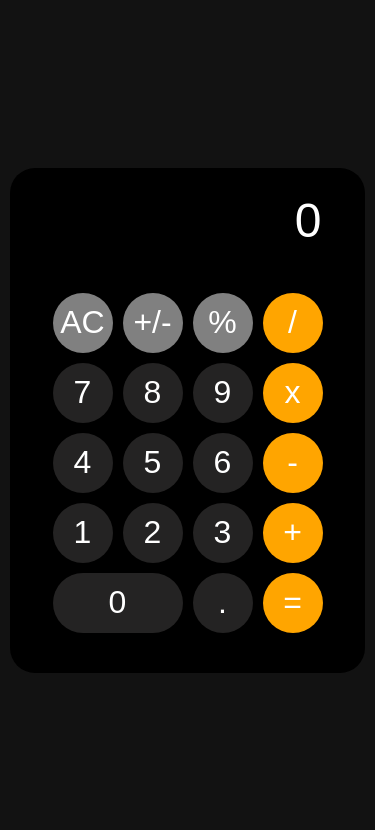
Repository: EguJaredoBoyd/IgHub
Page: mId-week-project/index.html
These files come from the project's save history. The page is drawn as it stood at one moment and after the next save; the edit follows.
The browser window is 375 px wide. The pictures show the whole page.

Above is the page before, as saved 2025-03-01 21:31:54.

### mId-week-project/index.html
<!DOCTYPE html>
<html lang="en">
<head>
    <meta charset="UTF-8">
    <meta name="viewport" content="width=device-width, initial-scale=1.0">
    <title>Document</title>
    <link rel="stylesheet" href="./styles.css">
    <script src="./script-two.js" defer></script>
</head>
<body>

    <div id="calculator" >
        <input id="display" readonly>
        <div id="keys">
            <button onclick="clearDisplay()"class="signs">AC</button>
            <button onclick="appendToDisplay('+/-')" class="signs">+/-</button>
            <button onclick="appendToDisplay('%')" class="signs">%</button>
            <button onclick="appendToDisplay('/')" class="operator-btn">/</button>
            <button onclick="appendToDisplay('7')">7</button>
            <button onclick="appendToDisplay('8')">8</button>
            <button onclick="appendToDisplay('9')">9</button>
            <button onclick="appendToDisplay('*')"class="operator-btn">x</button>
            <button onclick="appendToDisplay('4')">4</button>
            <button onclick="appendToDisplay('5')">5</button>
            <button onclick="appendToDisplay('6')">6</button>
            <button onclick="appendToDisplay('-')"class="operator-btn">-</button>
            <button onclick="appendToDisplay('1')">1</button>
            <button onclick="appendToDisplay('2')">2</button>
            <button onclick="appendToDisplay('3')">3</button>
            <button onclick="appendToDisplay('+')"class="operator-btn">+</button>
            <button onclick="appendToDisplay('0')" class="zero">0</button>
            <button onclick="appendToDisplay('.')">.</button>
            <button onclick="calculate()"class="operator-btn">=</button>
        </div>
    </div>

</body>
</html>

### mId-week-project/styles.css
/* Base styles for all screen sizes */
button {
    width: 100px;
    height: 100px;
    border: none;
    background-color: rgb(36, 35, 35);
    color: white;
    font-size: 3rem;
    font-weight: lighter;
    cursor: pointer;
    border-radius: 50%;
    /* Ensuring all buttons (except zero) stay circular */
}

#keys {
    display: grid;
    grid-template-columns: repeat(4, 1fr);
    gap: 20px;
    padding: 30px;
}

#keys button.zero {
    grid-column: 1 / span 2;
    width: 100%;
    border-radius: 50px;
}

#calculator {
    font-family: Verdana, Geneva, Tahoma, sans-serif;
    background-color: black;
    border-radius: 25px;
    max-width: 500px;
    width: 90%;
    padding: 20px;
    overflow: hidden;
    display: flex;
    flex-direction: column;
    align-items: center;
}

body {
    margin: 10px;
    display: flex;
    justify-content: center;
    align-items: center;
    height: 100vh;
    background-color: #121212;
    margin-top: 20px;
}

#display {
    width: 80%;
    padding: 30px;
    font-size: 5rem;
    text-align: right;
    border: none;
    background-color: black;
    color: white;
}

/* Button interaction styles */
button:hover {
    background-color: gray;
}

button:active {
    background-color: white;
}

/* Special button colors */
.operator-btn {
    background-color: orange;
}

.signs {
    background-color: gray;
}

/* Responsive Design: Scaling down properly for smaller screens */
@media (max-width: 768px) {
    button {
        width: 80px;
        height: 80px;
        font-size: 2.5rem;
    }

    #calculator {
        max-width: 400px;
        padding: 15px;
    }

    #display {
        font-size: 4rem;
        padding: 20px;
    }
}

@media (max-width: 480px) {
    button {
        width: 60px;
        height: 60px;
        font-size: 2rem;
    }

    #keys {
        gap: 10px;
    }

    #display {
        font-size: 3rem;
        padding: 15px;
    }

    #calculator {
        width: 95%;
        padding: 10px;
    }
}

### mId-week-project/script-two.js
let display = document.getElementById("display");
let currentInput = "";
let operator = "";
let firstOperand = null;

function appendToDisplay(value) {
    if (value === "+/-") {
        currentInput = currentInput ? String(-parseFloat(currentInput)) : "";
    } else if (value === "%") {
        currentInput = currentInput ? String(parseFloat(currentInput) / 100) : "";
    } else if (["+", "-", "*", "/"].includes(value)) {
        if (firstOperand === null) {
            firstOperand = parseFloat(currentInput);
            operator = value;
            currentInput = "";
        } else if (currentInput !== "") {
            calculate();
            operator = value;
        }
    } else {
        currentInput += value;
    }
    updateDisplay();
}

function updateDisplay() {
    display.value = currentInput || firstOperand || "0";
}

function clearDisplay() {
    currentInput = "";
    operator = "";
    firstOperand = null;
    updateDisplay();
}

function calculate() {
    if (firstOperand !== null && operator && currentInput !== "") {
        let secondOperand = parseFloat(currentInput);
        switch (operator) {
            case "+":
                firstOperand += secondOperand;
                break;
            case "-":
                firstOperand -= secondOperand;
                break;
            case "*":
                firstOperand *= secondOperand;
                break;
            case "/":
                firstOperand = secondOperand !== 0 ? firstOperand / secondOperand : "Error";
                break;
        }
        currentInput = "";
        operator = "";
        updateDisplay();
    }
}

// Initialize display
updateDisplay();

After the next save:
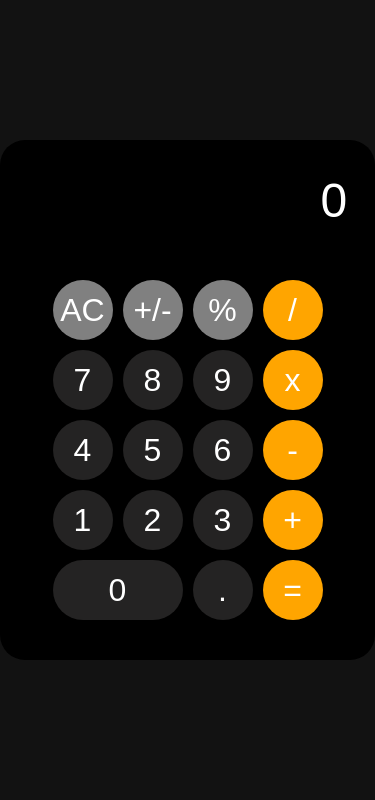
Saved 5 min 52 s later.
--- a/mId-week-project/styles.css
+++ b/mId-week-project/styles.css
@@ -1,4 +1,43 @@
 /* Base styles for all screen sizes */
+body {
+    margin: 0;
+    padding: 0;
+    display: flex;
+    justify-content: center;
+    align-items: center;
+    min-height: 100vh;
+    /* Ensures full viewport height */
+    background-color: #121212;
+    overflow: hidden;
+    /* Prevents unwanted scrolling */
+}
+
+#calculator {
+    display: flex;
+    flex-direction: column;
+    align-items: center;
+    justify-content: space-between;
+    max-width: 500px;
+    width: 90%;
+    padding: 20px;
+    background-color: black;
+    border-radius: 25px;
+    overflow: hidden;
+}
+
+#display {
+    width: 90%;
+    height: 100px;
+    /* Ensuring enough space */
+    padding: 20px;
+    font-size: 5rem;
+    text-align: right;
+    border: none;
+    background-color: black;
+    color: white;
+}
+
+/* Button Styling */
 button {
     width: 100px;
     height: 100px;
@@ -25,40 +64,7 @@ button {
     border-radius: 50px;
 }
 
-#calculator {
-    font-family: Verdana, Geneva, Tahoma, sans-serif;
-    background-color: black;
-    border-radius: 25px;
-    max-width: 500px;
-    width: 90%;
-    padding: 20px;
-    overflow: hidden;
-    display: flex;
-    flex-direction: column;
-    align-items: center;
-}
-
-body {
-    margin: 10px;
-    display: flex;
-    justify-content: center;
-    align-items: center;
-    height: 100vh;
-    background-color: #121212;
-    margin-top: 20px;
-}
-
-#display {
-    width: 80%;
-    padding: 30px;
-    font-size: 5rem;
-    text-align: right;
-    border: none;
-    background-color: black;
-    color: white;
-}
-
-/* Button interaction styles */
+/* Button Interaction */
 button:hover {
     background-color: gray;
 }
@@ -92,6 +98,8 @@ button:active {
     #display {
         font-size: 4rem;
         padding: 20px;
+        height: 80px;
+        /* Adjust display size for smaller screens */
     }
 }
 
@@ -109,6 +117,8 @@ button:active {
     #display {
         font-size: 3rem;
         padding: 15px;
+        height: 70px;
+        /* Adjust display size for mobile */
     }
 
     #calculator {
